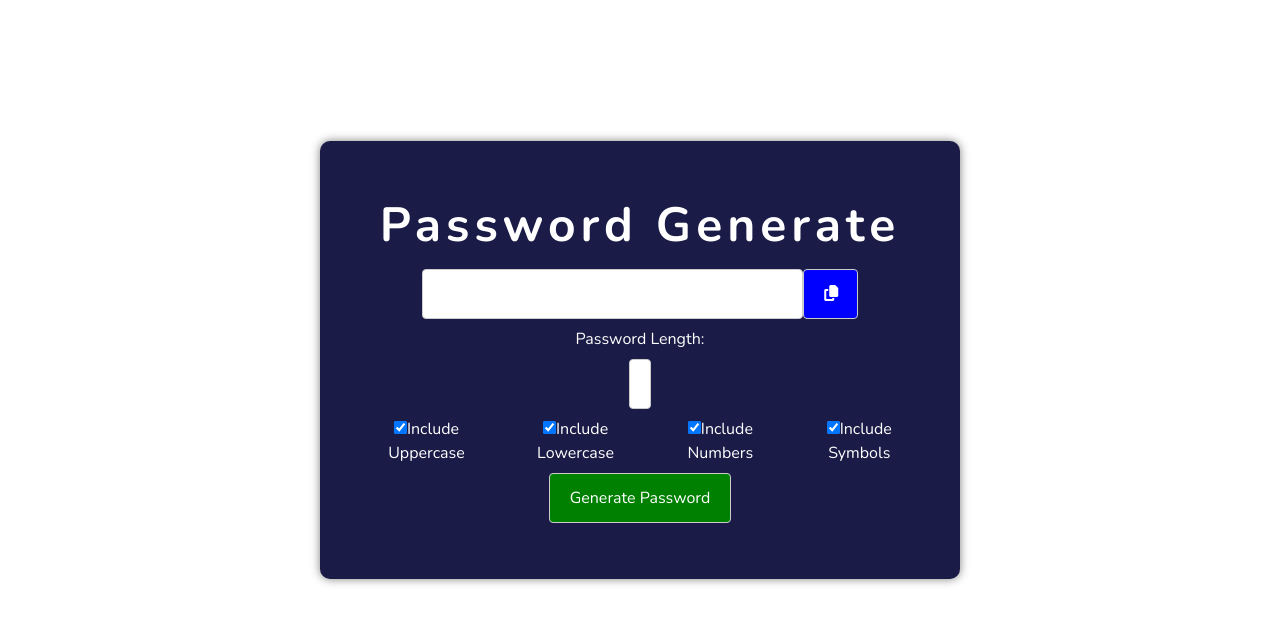
Repository: sriram1224/Password-generator
Page: / (app in password-generator/)
An editor plug-in stored every save of this project. The page is shown before and after the next save, followed by the edit.
The browser window is 1280 px wide. The pictures show the whole page.
Some web fonts or font styles are not loaded; a fallback is used. Some web libraries are served in a nearby version. The project was rebuilt for these pictures with package versions that can differ from the ones it lists, and the page was loaded fresh each time.

Above is the page before, as saved 2024-03-10 22:02:52.

After the next save:
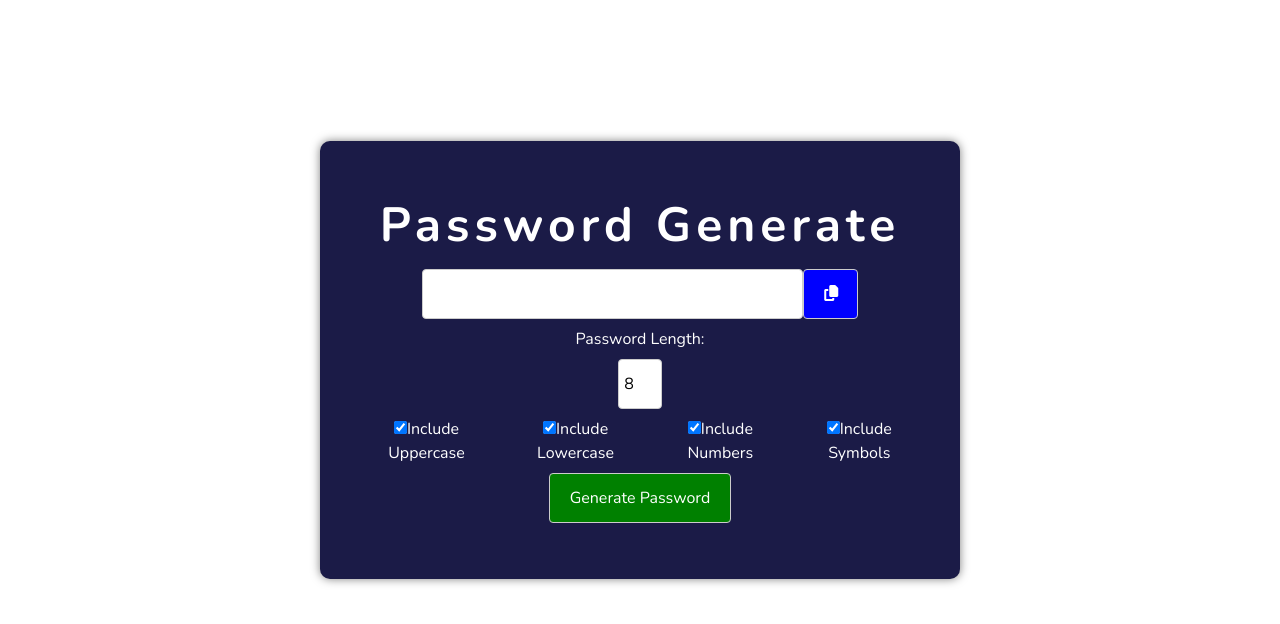
Saved 4 s later.
--- a/password-generator/src/Components/content.css
+++ b/password-generator/src/Components/content.css
@@ -42,7 +42,7 @@
     color: white;
 }
 .input-numbers{
-    width: 4%;
+    width: 8%;
     padding: 12px 5px;
     color: black;
     margin: 8px 0;
